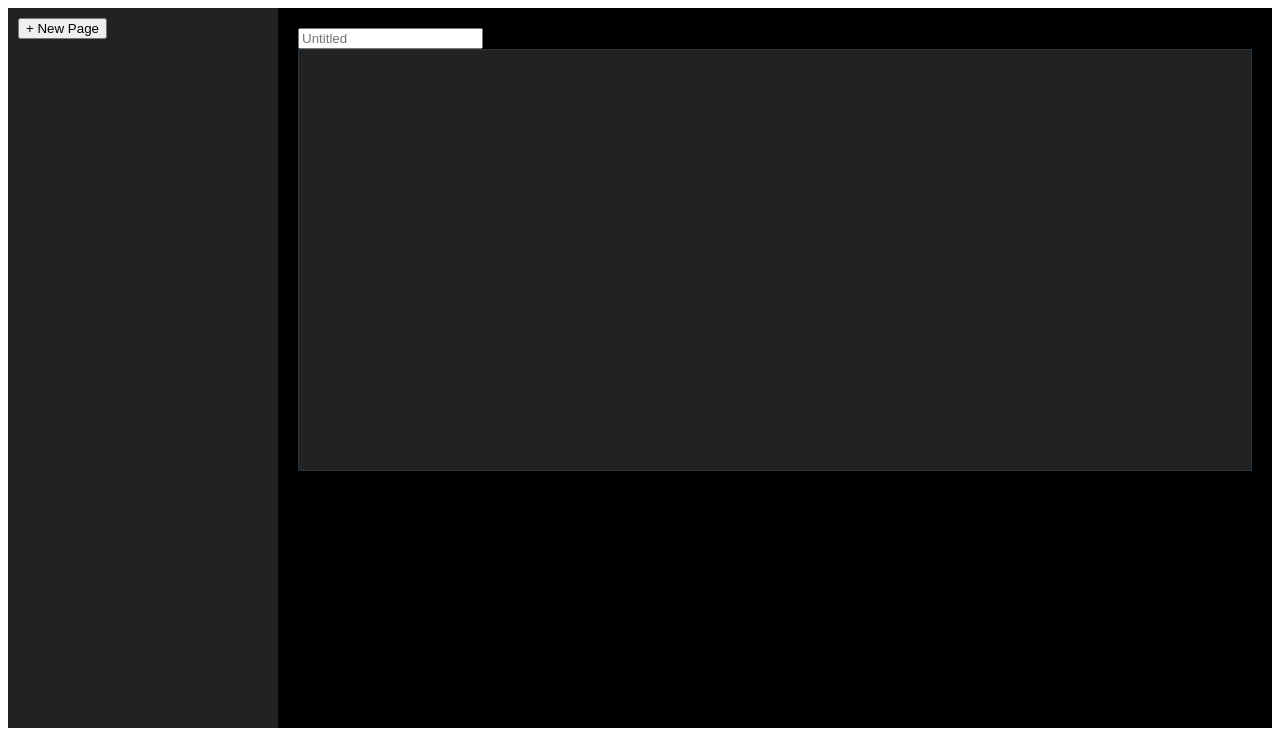
Repository: Dharshinimk-521/notes-app
Page: index.html
The author's editor kept a copy of each file at every save. The page is drawn from the files as they stood at one save, then again after the next save.
The browser window is 1280 px wide. The pictures show the whole page.

Above is the page before, as saved 2026-04-18 19:54:38.

After the next save:
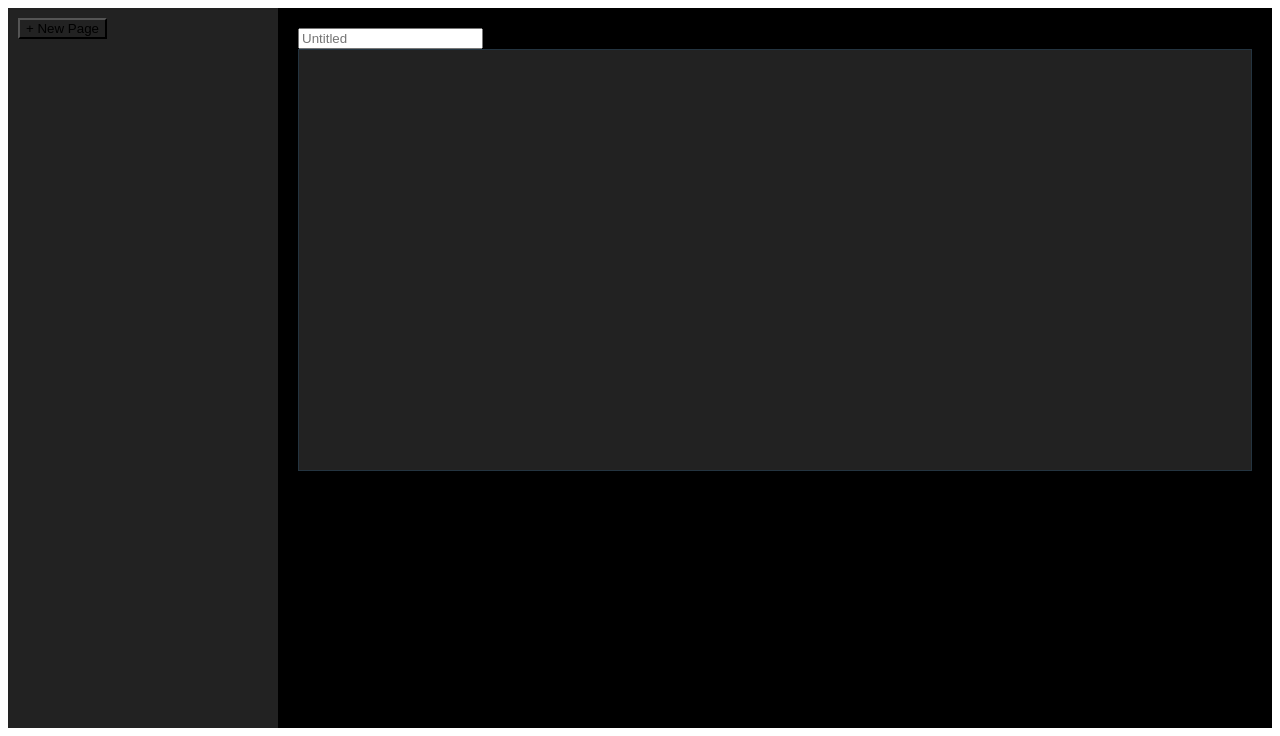
Saved 47 s later.
--- a/style.css
+++ b/style.css
@@ -23,3 +23,6 @@
   border: 1px solid #2a6c9e3e;
   padding: 10px;
 }
+#newPageBtn{
+ background-color: #222222;
+}
